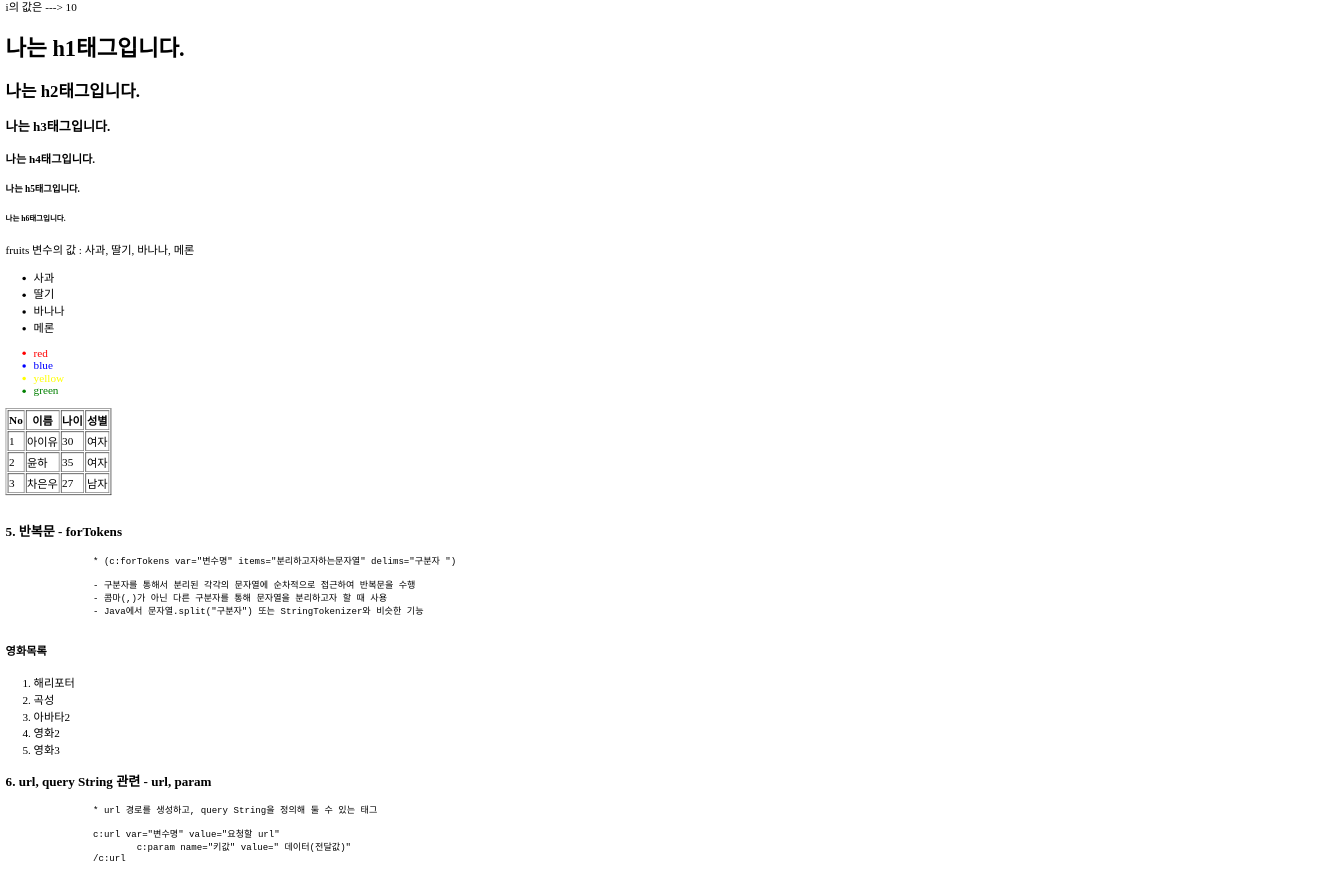
Repository: smjae96/Backup
Page: http://localhost/elActionProject/views/3_CustomAction/01_core.jsp
These files come from the project's save history. The page is drawn as it stood at one moment and after the next save; the edit follows.
The browser window is 1280 px wide. The page is 1886 px wide, so the pictures cover 1886 px, including what lies to the right of the window. The pictures show the part of the page from y = 1786 to 3066 px (the page is 3047 px tall before and 3066 px after), at 70% of full size.
The page is served by Tomcat 9.

Above is the page before, as saved 2024-04-01 06:29:36.

After the next save:
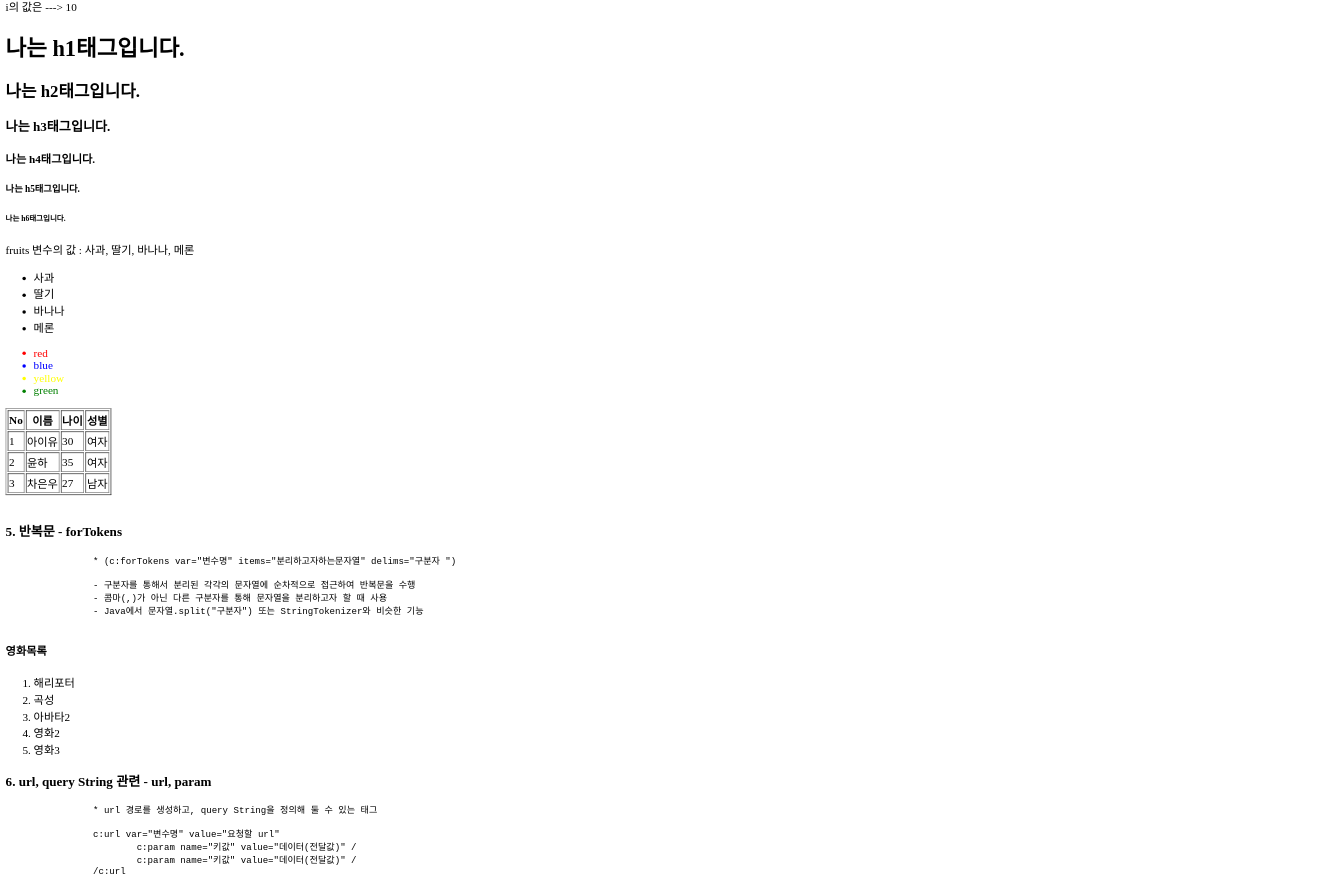
Saved 26 s later.
--- a/5_JSP/elActionProject/src/main/webapp/views/3_CustomAction/01_core.jsp
+++ b/5_JSP/elActionProject/src/main/webapp/views/3_CustomAction/01_core.jsp
@@ -217,7 +217,8 @@
 	 	* url 경로를 생성하고, query String을 정의해 둘 수 있는 태그
 
 	 	c:url var="변수명" value="요청할 url"
-	 		c:param name="키값" value=" 데이터(전달값)"
+	 		c:param name="키값" value="데이터(전달값)" /
+	 		c:param name="키값" value="데이터(전달값)" /
 	 	/c:url
 	 </pre>
 </body>
